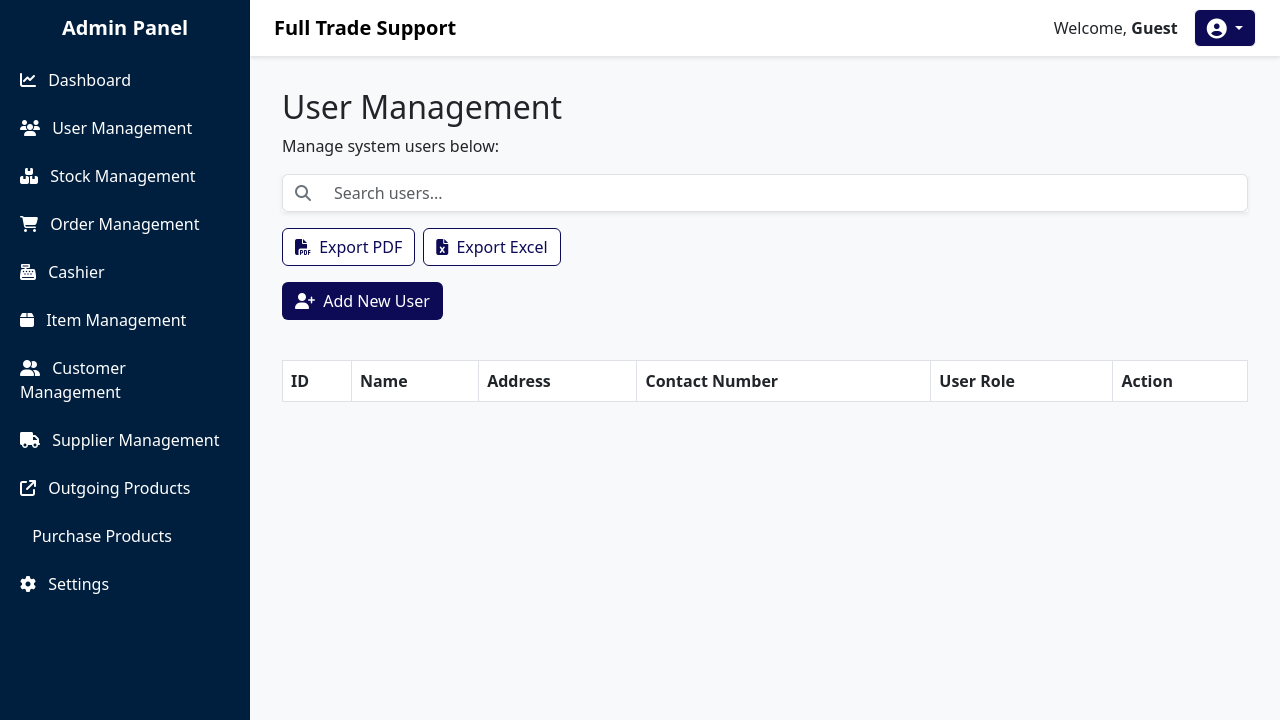
Repository: LakviduUpasara/onlineSparePartsManagementSystem
Page: http://localhost/Spare_parts_Management_Systems/Admin/display.jsp
The author's editor kept a copy of each file at every save. The page is drawn from the files as they stood at one save, then again after the next save.
The browser window is 1280 px wide. The pictures show the whole page.
The page is served by Tomcat 9. Other server files are loaded and not shown. The template is opened directly, without the code that normally fills it, so the values that code supplies are empty.

Above is the page before, as saved 2025-05-13 22:20:56.

### Project/Project/Spare_parts_Management_Systems/src/main/webapp/Admin/display.jsp
<%@ page language="java" contentType="text/html; charset=UTF-8" pageEncoding="UTF-8"%>
<%@ taglib uri="http://java.sun.com/jsp/jstl/core" prefix="c" %>
<%@ page import="java.util.*, com.spareparts.model.DetailsModel" %>

<!DOCTYPE html>
<html lang="en">
<head>
  <meta charset="UTF-8">
  <title>Admin Dashboard - Full Trade Support</title>
  <link href="https://cdn.jsdelivr.net/npm/bootstrap@5.3.0/dist/css/bootstrap.min.css" rel="stylesheet">
  <link rel="stylesheet" href="https://cdnjs.cloudflare.com/ajax/libs/font-awesome/6.4.0/css/all.min.css">

  <style>
    body {
      display: flex;
      min-height: 100vh;
      overflow-x: hidden;
    }
    .sidebar {
      width: 250px;
      background-color: #001f3f;
      color: #fff;
      flex-shrink: 0;
      padding-top: 1rem;
    }
    .sidebar a {
      display: block;
      padding: 12px 20px;
      color: #fff;
      text-decoration: none;
      transition: background 0.3s;
    }
    .sidebar a:hover {
      background-color: #003366;
    }
    .sidebar h5 {
      text-align: center;
      margin-bottom: 1rem;
      font-weight: bold;
    }
    .main-content {
      flex-grow: 1;
      background: #f8f9fa;
    }
    .navbar {
      background-color: #ffffff;
      box-shadow: 0 2px 4px rgba(0,0,0,0.1);
    }
    .dashboard-content {
      padding: 2rem;
    }
    .custom-header {
      background-color: #0d0b56;
      color: white;
    }
    .btn {
      background-color: #0d0b56;
      color: white;
    }
    .btn:hover {
      background-color: #003366;
    }
    .export-btn {
      background-color: #ffffff;
      color: #0d0b56;
      border: 1px solid #0d0b56;
    }
    .export-btn:hover {
      background-color: #0d0b56;
      color: #ffffff;
    }
  </style>
</head>

<body>

  <!-- Sidebar -->
  <div class="sidebar">
    <h5>Admin Panel</h5>
    <a href="dashboard.jsp"><i class="fas fa-chart-line me-2"></i> Dashboard</a>
    <a href="GetAllServlet"><i class="fas fa-users me-2"></i> User Management</a>
    <a href="#"><i class="fas fa-boxes me-2"></i> Stock Management</a>
    <a href="#"><i class="fas fa-shopping-cart me-2"></i> Order Management</a>
    <a href="#"><i class="fas fa-cash-register me-2"></i> Cashier</a>
    <a href="#"><i class="fas fa-box me-2"></i> Item Management</a>
    <a href="#"><i class="fas fa-user-friends me-2"></i> Customer Management</a>
    <a href="supplier-list"><i class="fas fa-truck me-2"></i> Supplier Management</a>
    <a href="#"><i class="fas fa-arrow-up-right-from-square me-2"></i> Outgoing Products</a>
    <a href="#"><i class="fas fa-arrow-down-to-line me-2"></i> Purchase Products</a>
    <a href="#" data-bs-toggle="collapse" data-bs-target="#settingsMenu"><i class="fas fa-gear me-2"></i> Settings</a>
    <div class="collapse ms-3" id="settingsMenu">
      <a href="profile.jsp" class="d-block mt-1"><i class="fas fa-id-badge me-2"></i> Profile Settings</a>
      <a href="#" class="d-block mt-1"><i class="fas fa-lock me-2"></i> Change Password</a>
      <a href="#" class="d-block mt-1"><i class="fas fa-sliders-h me-2"></i> System Preferences</a>
    </div>
  </div>

  <!-- Main Content -->
  <div class="main-content w-100">
    <nav class="navbar navbar-expand-lg navbar-light px-4">
      <a class="navbar-brand fw-bold" href="#">Full Trade Support</a>
      <div class="ms-auto d-flex align-items-center">
        <span class="me-3">
          Welcome, <strong><%= session.getAttribute("userName") != null ? session.getAttribute("userName") : "Guest" %></strong>
        </span>
        <div class="dropdown">
          <a class="btn btn-light dropdown-toggle" href="#" role="button" data-bs-toggle="dropdown">
            <i class="fas fa-user-circle fa-lg"></i>
          </a>
          <ul class="dropdown-menu dropdown-menu-end">
            <li><a class="dropdown-item" href="profile.jsp"><i class="fas fa-id-badge me-2"></i> Profile</a></li>
            <li><a class="dropdown-item" href="#"><i class="fas fa-cogs me-2"></i> Settings</a></li>
            <li><hr class="dropdown-divider"></li>
            <li><a class="dropdown-item text-danger" href="logout.jsp"><i class="fas fa-sign-out-alt me-2"></i> Logout</a></li>
          </ul>
        </div>
      </div>
    </nav>

    <!-- Supplier Management Section -->
    <div class="dashboard-content">
      <h2>User Management</h2>
      <p>Manage system users below:</p>

      <!-- Search Bar -->
      <div class="mb-3 w-100">
        <div class="input-group shadow-sm">
          <span class="input-group-text bg-white border-end-0">
            <i class="fas fa-search text-secondary"></i>
          </span>
          <input type="text" id="searchInput" class="form-control border-start-0" placeholder="Search users...">
        </div>
      </div>

      <!-- Export Buttons -->
      <div class="mb-3 d-flex gap-2">
        <button onclick="exportTableToPDF()" class="btn export-btn">
          <i class="fas fa-file-pdf me-1"></i> Export PDF
        </button>
        <button onclick="exportTableToExcel()" class="btn export-btn">
          <i class="fas fa-file-excel me-1"></i> Export Excel
        </button>
      </div>

      <!-- Add Button -->
      <button class="btn mb-3" data-bs-toggle="modal" data-bs-target="#addUserModal">
        <i class="fas fa-user-plus me-1"></i> Add New User
      </button>

      <!-- User Table -->
      <div class="table-container mt-4">
        <table class="table table-bordered table-striped" id="supplier-table">
          <thead class="custom-header">
            <tr>
              <th>ID</th>
              <th>Name</th>
              <th>Address</th>
              <th>Contact Number</th>
              <th>User Role</th>
              <th>Action</th>
            </tr>
          </thead>
          <tbody>
            <c:forEach var="details" items="${alldetails}">
              <tr>
                <td>${details.id}</td>
                <td>${details.name}</td>
                <td>${details.address}</td>
                <td>${details.contactnumber}</td>
                <td>${details.userRole}</td>
                <td>
                  <div class="d-flex gap-2">
                    <a href="Admin/update.jsp?id=${details.id}&name=${details.name}&address=${details.address}&contactnumber=${details.contactnumber}&email=${details.email}&password=${details.password}&userRole=${details.userRole}" class="btn btn-primary btn-sm">
                      <i class="fas fa-edit"></i>
                    </a>
                    <a href="DeleteServlet?id=${details.id}" class="btn btn-outline-danger btn-sm" onclick="return confirm('Are you sure?')">
                      <i class="fas fa-trash-alt"></i>
                    </a>
                  </div>
                </td>
              </tr>
            </c:forEach>
          </tbody>
        </table>
      </div>
    </div>
  </div>

  <!-- JavaScript -->
  <script>
    function filterTable() {
      const input = document.getElementById("searchInput");
      const filter = input.value.toUpperCase();
      const table = document.querySelector("table");
      const rows = table.getElementsByTagName("tr");

      for (let i = 1; i < rows.length; i++) {
        let rowVisible = false;
        const cells = rows[i].getElementsByTagName("td");
        for (let j = 0; j < cells.length - 1; j++) {
          if (cells[j]) {
            const text = cells[j].textContent || cells[j].innerText;
            if (text.toUpperCase().indexOf(filter) > -1) {
              rowVisible = true;
              break;
            }
          }
        }
        rows[i].style.display = rowVisible ? "" : "none";
      }
    }

    document.getElementById("searchInput").addEventListener("input", filterTable);
  </script>

  <script src="https://cdn.jsdelivr.net/npm/bootstrap@5.3.0/dist/js/bootstrap.bundle.min.js"></script>
</body>
</html>

After the next save:
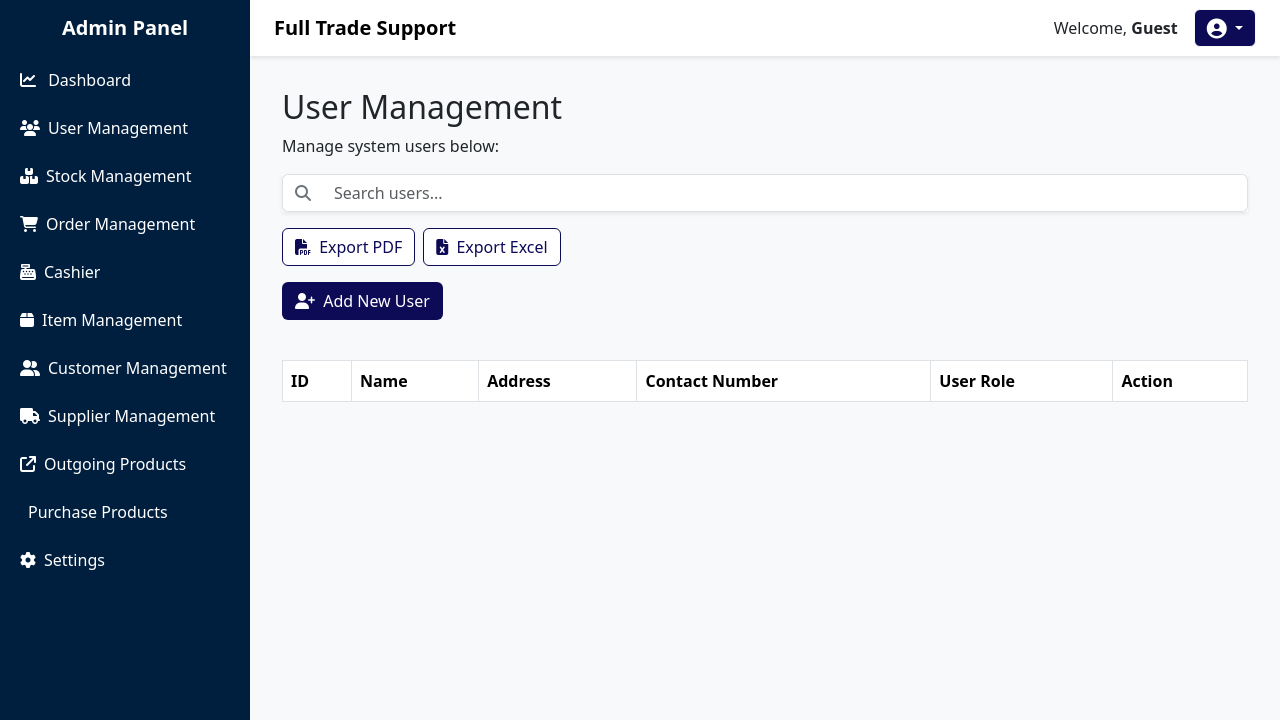
Saved 3 min 8 s later.
--- a/Project/Project/Spare_parts_Management_Systems/src/main/webapp/Admin/display.jsp
+++ b/Project/Project/Spare_parts_Management_Systems/src/main/webapp/Admin/display.jsp
@@ -6,10 +6,9 @@
 <html lang="en">
 <head>
   <meta charset="UTF-8">
-  <title>Admin Dashboard - Full Trade Support</title>
-  <link href="https://cdn.jsdelivr.net/npm/bootstrap@5.3.0/dist/css/bootstrap.min.css" rel="stylesheet">
-  <link rel="stylesheet" href="https://cdnjs.cloudflare.com/ajax/libs/font-awesome/6.4.0/css/all.min.css">
-
+  <title>Full Trade Support Dashboard</title>
+  <link href="https://cdn.jsdelivr.net/npm/bootstrap@5.3.2/dist/css/bootstrap.min.css" rel="stylesheet">
+  <link href="https://cdnjs.cloudflare.com/ajax/libs/font-awesome/6.5.0/css/all.min.css" rel="stylesheet">
   <style>
     body {
       display: flex;
@@ -71,27 +70,26 @@
     }
   </style>
 </head>
-
 <body>
 
   <!-- Sidebar -->
   <div class="sidebar">
     <h5>Admin Panel</h5>
     <a href="dashboard.jsp"><i class="fas fa-chart-line me-2"></i> Dashboard</a>
-    <a href="GetAllServlet"><i class="fas fa-users me-2"></i> User Management</a>
-    <a href="#"><i class="fas fa-boxes me-2"></i> Stock Management</a>
-    <a href="#"><i class="fas fa-shopping-cart me-2"></i> Order Management</a>
-    <a href="#"><i class="fas fa-cash-register me-2"></i> Cashier</a>
-    <a href="#"><i class="fas fa-box me-2"></i> Item Management</a>
-    <a href="#"><i class="fas fa-user-friends me-2"></i> Customer Management</a>
-    <a href="supplier-list"><i class="fas fa-truck me-2"></i> Supplier Management</a>
-    <a href="#"><i class="fas fa-arrow-up-right-from-square me-2"></i> Outgoing Products</a>
-    <a href="#"><i class="fas fa-arrow-down-to-line me-2"></i> Purchase Products</a>
-    <a href="#" data-bs-toggle="collapse" data-bs-target="#settingsMenu"><i class="fas fa-gear me-2"></i> Settings</a>
+    <a href="GetAllServlet"><i class="fas fa-users me-2"></i>User Management</a>
+    <a href="#"><i class="fas fa-boxes me-2"></i>Stock Management</a>
+    <a href="#"><i class="fas fa-shopping-cart me-2"></i>Order Management</a>
+    <a href="#"><i class="fas fa-cash-register me-2"></i>Cashier</a>
+    <a href="#"><i class="fas fa-box me-2"></i>Item Management</a>
+    <a href="#"><i class="fas fa-user-friends me-2"></i>Customer Management</a>
+    <a href="supplier-list"><i class="fas fa-truck me-2"></i>Supplier Management</a>
+    <a href="#"><i class="fas fa-arrow-up-right-from-square me-2"></i>Outgoing Products</a>
+    <a href="#"><i class="fas fa-arrow-down-to-line me-2"></i>Purchase Products</a>
+    <a href="#" data-bs-toggle="collapse" data-bs-target="#settingsMenu"><i class="fas fa-gear me-2"></i>Settings</a>
     <div class="collapse ms-3" id="settingsMenu">
-      <a href="profile.jsp" class="d-block mt-1"><i class="fas fa-id-badge me-2"></i> Profile Settings</a>
-      <a href="#" class="d-block mt-1"><i class="fas fa-lock me-2"></i> Change Password</a>
-      <a href="#" class="d-block mt-1"><i class="fas fa-sliders-h me-2"></i> System Preferences</a>
+      <a href="profile.jsp" class="d-block mt-1"><i class="fas fa-id-badge me-2"></i>Profile Settings</a>
+      <a href="#" class="d-block mt-1"><i class="fas fa-lock me-2"></i>Change Password</a>
+      <a href="#" class="d-block mt-1"><i class="fas fa-sliders-h me-2"></i>System Preferences</a>
     </div>
   </div>
 
@@ -108,16 +106,16 @@
             <i class="fas fa-user-circle fa-lg"></i>
           </a>
           <ul class="dropdown-menu dropdown-menu-end">
-            <li><a class="dropdown-item" href="profile.jsp"><i class="fas fa-id-badge me-2"></i> Profile</a></li>
-            <li><a class="dropdown-item" href="#"><i class="fas fa-cogs me-2"></i> Settings</a></li>
+            <li><a class="dropdown-item" href="profile.jsp"><i class="fas fa-id-badge me-2"></i>Profile</a></li>
+            <li><a class="dropdown-item" href="#"><i class="fas fa-cogs me-2"></i>Settings</a></li>
             <li><hr class="dropdown-divider"></li>
-            <li><a class="dropdown-item text-danger" href="logout.jsp"><i class="fas fa-sign-out-alt me-2"></i> Logout</a></li>
+            <li><a class="dropdown-item text-danger" href="logout.jsp"><i class="fas fa-sign-out-alt me-2"></i>Logout</a></li>
           </ul>
         </div>
       </div>
     </nav>
 
-    <!-- Supplier Management Section -->
+    <!-- User Management Section -->
     <div class="dashboard-content">
       <h2>User Management</h2>
       <p>Manage system users below:</p>
@@ -212,7 +210,6 @@
 
     document.getElementById("searchInput").addEventListener("input", filterTable);
   </script>
-
-  <script src="https://cdn.jsdelivr.net/npm/bootstrap@5.3.0/dist/js/bootstrap.bundle.min.js"></script>
+  <script src="https://cdn.jsdelivr.net/npm/bootstrap@5.3.2/dist/js/bootstrap.bundle.min.js"></script>
 </body>
 </html>
